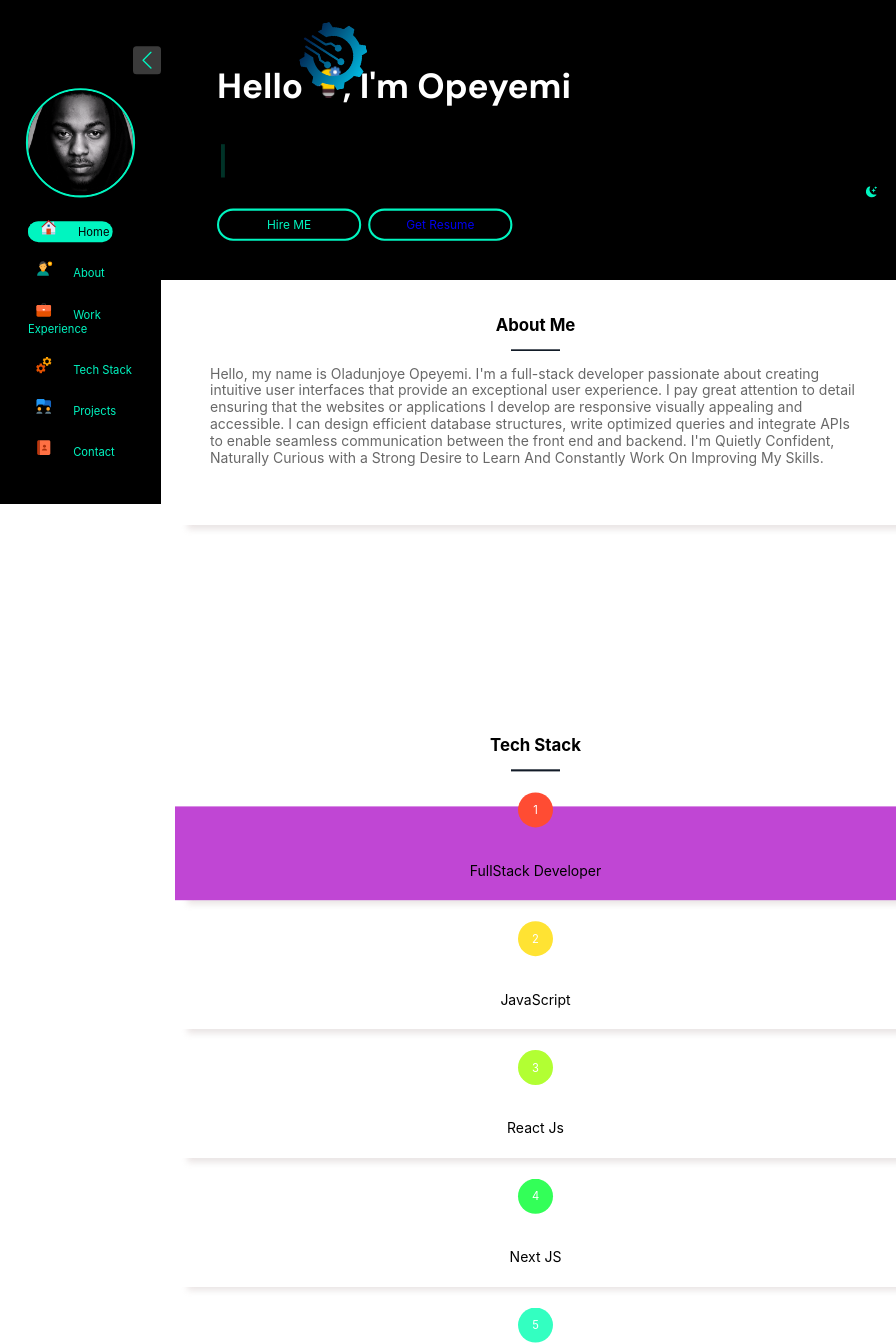
Repository: Laoye99/portfolio
Page: /
These files come from the project's save history. The page is drawn as it stood at one moment and after the next save; the edit follows.
The browser window is 1280 px wide. The pictures show the part of the page from y = 0 to 1920 px (the page is 2877 px tall), at 70% of full size.
The project was rebuilt for these pictures with package versions that can differ from the ones it lists, and the page was loaded fresh each time. Imported but missing from the stored project, and not drawn on this page: src/components/Home/MyResume.pdf.

Above is the page before, as saved 2024-02-15 14:56:36.

After the next save:
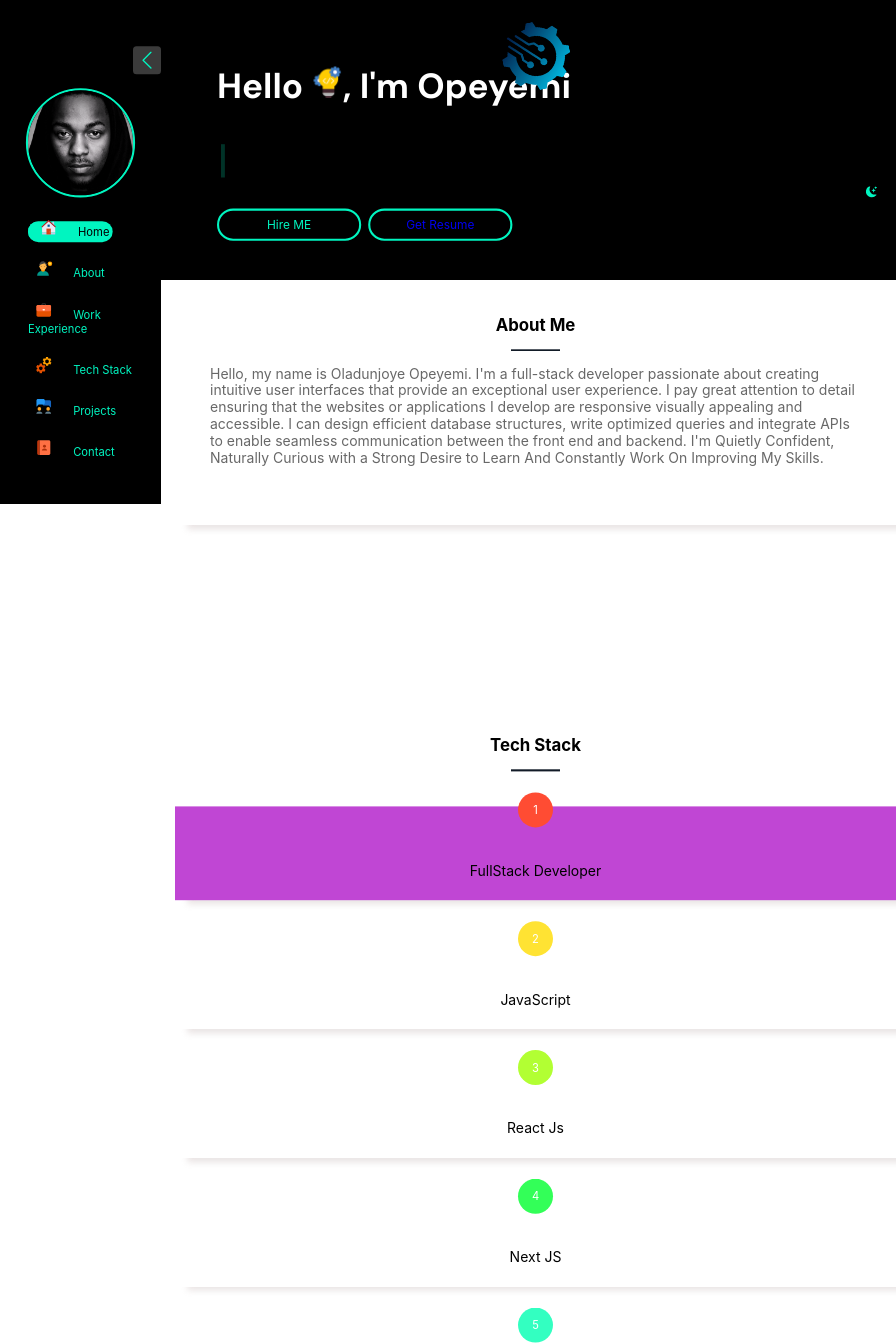
Saved 15 s later.
--- a/src/components/Home/Home.css
+++ b/src/components/Home/Home.css
@@ -84,7 +84,7 @@
 .automation {
   position: absolute;
   top: 0;
-  right: 300px;
+  right: 10px;
   height: 100px;
   animation: rotation infinite 5s linear;
 }
